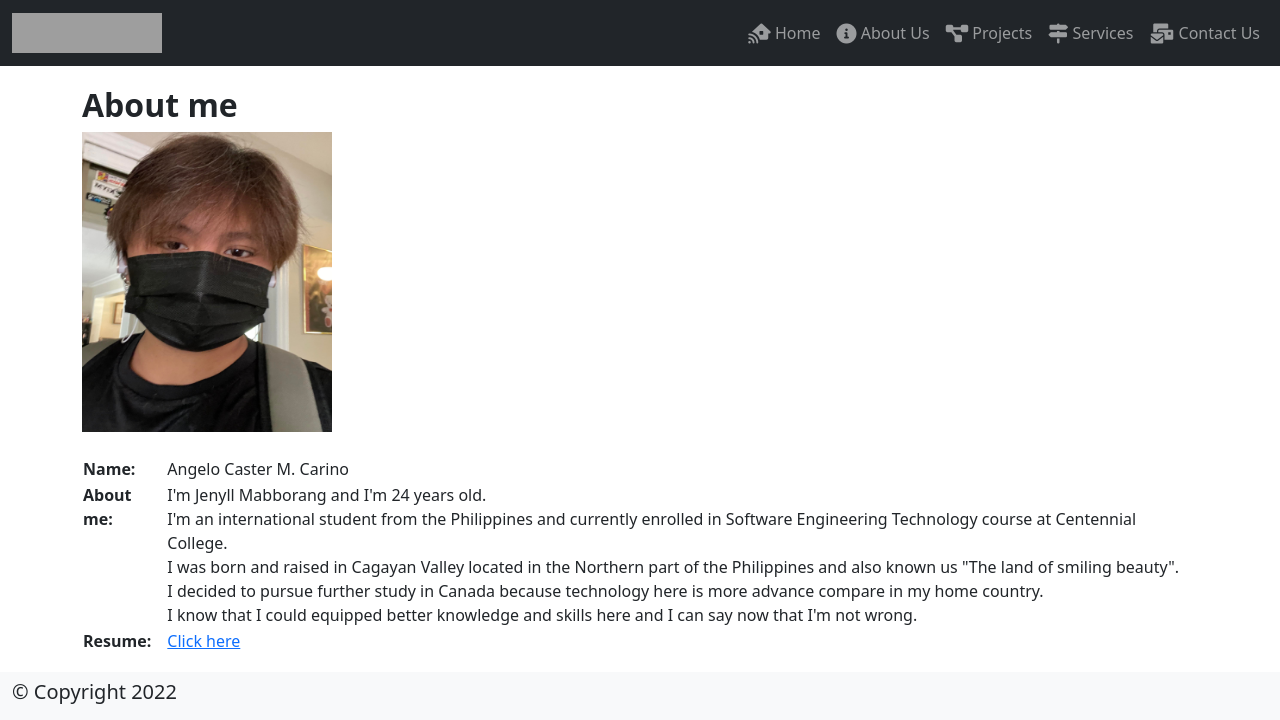
Repository: acarino4/Express-Portfolio-Site
Page: http://localhost/about
The author's editor kept a copy of each file at every save. The page is drawn from the files as they stood at one save, then again after the next save.
The browser window is 1280 px wide. The pictures show the whole page.
Pictures or frames that could not be fetched are drawn as grey boxes. The page is served by the project's Node server (server.js). Other server files are loaded and not shown.

Above is the page before, as saved 2022-10-08 18:24:52.

### Server/Views/index.ejs
<!--
    *****************************************
    * File Name: MyExpressPortfolio         *
    * Students Name: Jenyll Mabborang       *
    * Student ID: 301225121                 *
    * Date: June 06, 2022                   *
    *****************************************
-->

<!DOCTYPE html>
<html lang="en">
<head>
    <meta charset="UTF-8">
    <meta http-equiv="X-UA-Compatible" content="IE=edge">
    <meta name="viewport" content="width=device-width, initial-scale=1.0">
    <title><%= title %></title>
    <!-- CSS Goes Here -->
    <link rel="stylesheet" href="./bootstrap/dist/css/bootstrap.min.css">
    <link rel="stylesheet" href="./@fortawesome/fontawesome-free/css/all.min.css">
    <link rel="stylesheet" href="./Content/app.css">
</head>
<body>
    <!-- Main Navigation Section -->
    <header>
        <%- include('components/header.ejs'); %> <!-- Inserts or injects my header.ejs inside my header-->
    </header>

    <!-- Content Section -->
    <main>
        <%- include('content/' + page + '.ejs'); %>
    </main>

    <!-- Site-wide Footer Section -->
    <footer>
        <!-- Site-wide footer -->
        <%- include('components/footer.ejs'); %> <!-- Inserts or injects my footerr.ejs inside my footer-->
    </footer>

    <!-- JavaScript goes here -->
    <script src="./jquery/dist/jquery.min.js"></script>
    <script src="./bootstrap/dist/js/bootstrap.min.js"></script>
    <script src="./@fortawesome/fontawesome-free/js/all.min.js"></script>
    <script src="./Scripts/app.js"></script>
</body>
</html>

### Server/Views/components/header.ejs
<!--
  Name: Angelo Caster M. Carino
  Student ID: 301223955
  Assignment 1: Express Portfolio Site
-->
<nav class="navbar navbar-expand-lg navbar-dark bg-dark">
    <div class="container-fluid">
      <a class="navbar-brand" href="/"><img src="./Assets/images/logo.png" alt="" width="150" height="40"></i> </a>
      <button class="navbar-toggler" type="button" data-bs-toggle="collapse" data-bs-target="#navbarSupportedContent" aria-controls="navbarSupportedContent" aria-expanded="false" aria-label="Toggle navigation">
        <span class="navbar-toggler-icon"></span>
      </button>
      <div class="collapse navbar-collapse" id="navbarSupportedContent">
        <ul class="navbar-nav ms-auto mb-2 mb-lg-0">

          <!-- Home Page link -->
          <li class="nav-item">
            <a class="nav-link" aria-current="page" href="/home"><i class="fa-solid fa-house-signal fa-lg"></i> Home</a>
          </li>

          <!-- About Page link -->
          <li class="nav-item">
            <a class="nav-link" aria-current="page" href="/about"><i class="fa-solid fa-circle-info fa-lg"></i></i> About Us</a>
          </li>

          <!-- Projects Page link -->
          <li class="nav-item">
            <a class="nav-link" aria-current="page" href="/projects"><i class="fa-solid fa-diagram-project fa-lg"></i></i> Projects</a>
          </li>

          <!-- Services Page link -->
          <li class="nav-item">
            <a class="nav-link" aria-current="page" href="/services"><i class="fa-solid fa-signs-post fa-lg"></i></i> Services</a>
          </li>

          <!-- Contact Page link -->
          <li class="nav-item">
            <a class="nav-link" aria-current="page" href="/contact"><i class="fa-solid fa-envelopes-bulk fa-lg"></i> Contact Us</a>
          </li>

        </ul>
      </div>
    </div>
  </nav>

### Server/Views/content/about.ejs
<!--
  Name: Angelo Caster M. Carino
  Student ID: 301223955
  Assignment 1: Express Portfolio Site
-->
<!-- ABOUT.EJS body content section -->
<div class="container" style="padding-top: 20px;">
    <h2><strong>About me</strong></h2>
    <table>
        <!-- My personal image -->
        <img src="./Assets/images/caster.jpg" alt="" width="250" height="300">
        <br>
        <br>
        <tr>
            <td><strong>Name: </strong> </td>
            <td> Angelo Caster M. Carino </td>
        </tr>

        <tr>
            <!-- Short paragraph of who I am -->
            <td valign="top"><strong> About me: </strong> </td>
            <td>I'm Jenyll Mabborang and I'm 24 years old.<br>
                I'm an international student from the Philippines and currently enrolled in
                Software Engineering Technology course at Centennial College. <br>
                I was born and raised in Cagayan Valley located in the Northern part of the Philippines and also known us
                "The land of smiling beauty".<br>
                I decided to pursue further study in Canada because technology here is more advance compare in my home country. <br>
                I know that I could equipped better knowledge and skills here and I can say now that I'm not wrong.
            </td>
        </tr>

        <tr>
            <!-- Link to my resume (PDF version) -->
            <td><strong> Resume: </strong></td>
            <td><a href="./Assets/pdf/resume.pdf"> Click here </a></td>
            <td></td>
        </tr>
    </table>
</div>

### Server/Views/components/footer.ejs
<!--
  Name: Angelo Caster M. Carino
  Student ID: 301223955
  Assignment 1: Express Portfolio Site
-->

<nav class="navbar fixed-bottom bg-light">
    <div class="container-fluid">
      <h5 id="copyright">&copy; Copyright 2022 </h5>
    </div>
</nav>

### server.js
#!/usr/bin/env node
"use strict";
var __importDefault = (this && this.__importDefault) || function (mod) {
    return (mod && mod.__esModule) ? mod : { "default": mod };
};
Object.defineProperty(exports, "__esModule", { value: true });
const app_1 = __importDefault(require("./Server/Config/app"));
const debug_1 = __importDefault(require("debug"));
(0, debug_1.default)('lesson4:server');
const http_1 = __importDefault(require("http"));
const port = normalizePort(process.env.PORT || '3000');
app_1.default.set('port', port);
const server = http_1.default.createServer(app_1.default);
server.listen(port);
server.on('error', onError);
server.on('listening', onListening);
function normalizePort(val) {
    var port = parseInt(val, 10);
    if (isNaN(port)) {
        return val;
    }
    if (port >= 0) {
        return port;
    }
    return false;
}
function onError(error) {
    if (error.syscall !== 'listen') {
        throw error;
    }
    let bind = typeof port === 'string'
        ? 'Pipe ' + port
        : 'Port ' + port;
    switch (error.code) {
        case 'EACCES':
            console.error(bind + ' requires elevated privileges');
            process.exit(1);
            break;
        case 'EADDRINUSE':
            console.error(bind + ' is already in use');
            process.exit(1);
            break;
        default:
            throw error;
    }
}
function onListening() {
    let addr = server.address();
    let bind = 'pipe ' + addr;
    (0, debug_1.default)('Listening on ' + bind);
}
//# sourceMappingURL=server.js.map

### Server/Routes/index.js
"use strict";
var __importDefault = (this && this.__importDefault) || function (mod) {
    return (mod && mod.__esModule) ? mod : { "default": mod };
};
Object.defineProperty(exports, "__esModule", { value: true });
const express_1 = __importDefault(require("express"));
const router = express_1.default.Router();
router.get('/', function (req, res, next) {
    res.render('index', { title: 'Home', page: 'home' });
});
router.get('/home', function (req, res, next) {
    res.render('index', { title: 'Home', page: 'home' });
});
router.get('/about', function (req, res, next) {
    res.render('index', { title: 'About Us', page: 'about' });
});
router.get('/projects', function (req, res, next) {
    res.render('index', { title: 'Our Projects', page: 'projects' });
});
router.get('/services', function (req, res, next) {
    res.render('index', { title: 'Our Services', page: 'services' });
});
router.get('/contact', function (req, res, next) {
    res.render('index', { title: 'Contact Us', page: 'contact' });
});
exports.default = router;
//# sourceMappingURL=index.js.map

### Client/Content/app.css
/*CUSTOM CSS GOES HERE*/

### Client/Scripts/app.js
"use strict";
(function () {
    function Start() {
        console.log("App Started!");
        let XHR = new XMLHttpRequest();
        XHR.open("GET", "../data/data.json");
        XHR.send();
        XHR.addEventListener("readystatechange", function () {
            if (XHR.readyState == 4 && XHR.status == 200) {
                console.log("JSON Data:");
                console.log("===========");
                console.log(XHR.responseText);
            }
        });
    }
    window.addEventListener("load", Start);
})();
//# sourceMappingURL=app.js.map

### Client/data/data.json
{
    "FullName": "Jenyll Mabborang",
    "ContactNumber": "564315584",
    "EmailAddress": "jenyll@example.com"
}

After the next save:
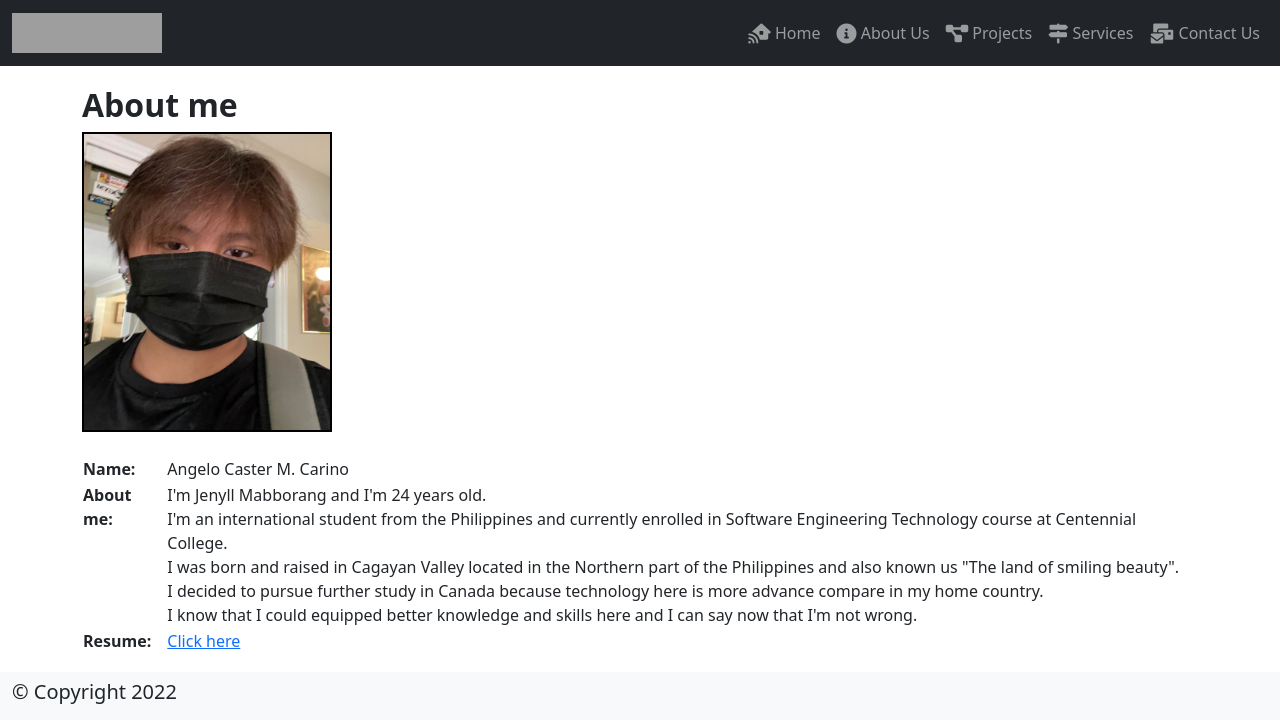
Saved 70 s later.
--- a/Server/Views/content/about.ejs
+++ b/Server/Views/content/about.ejs
@@ -8,7 +8,7 @@
     <h2><strong>About me</strong></h2>
     <table>
         <!-- My personal image -->
-        <img src="./Assets/images/caster.jpg" alt="" width="250" height="300">
+        <img src="./Assets/images/caster.jpg" alt="" width="250" height="300" style = "border: 2px solid black">
         <br>
         <br>
         <tr>
